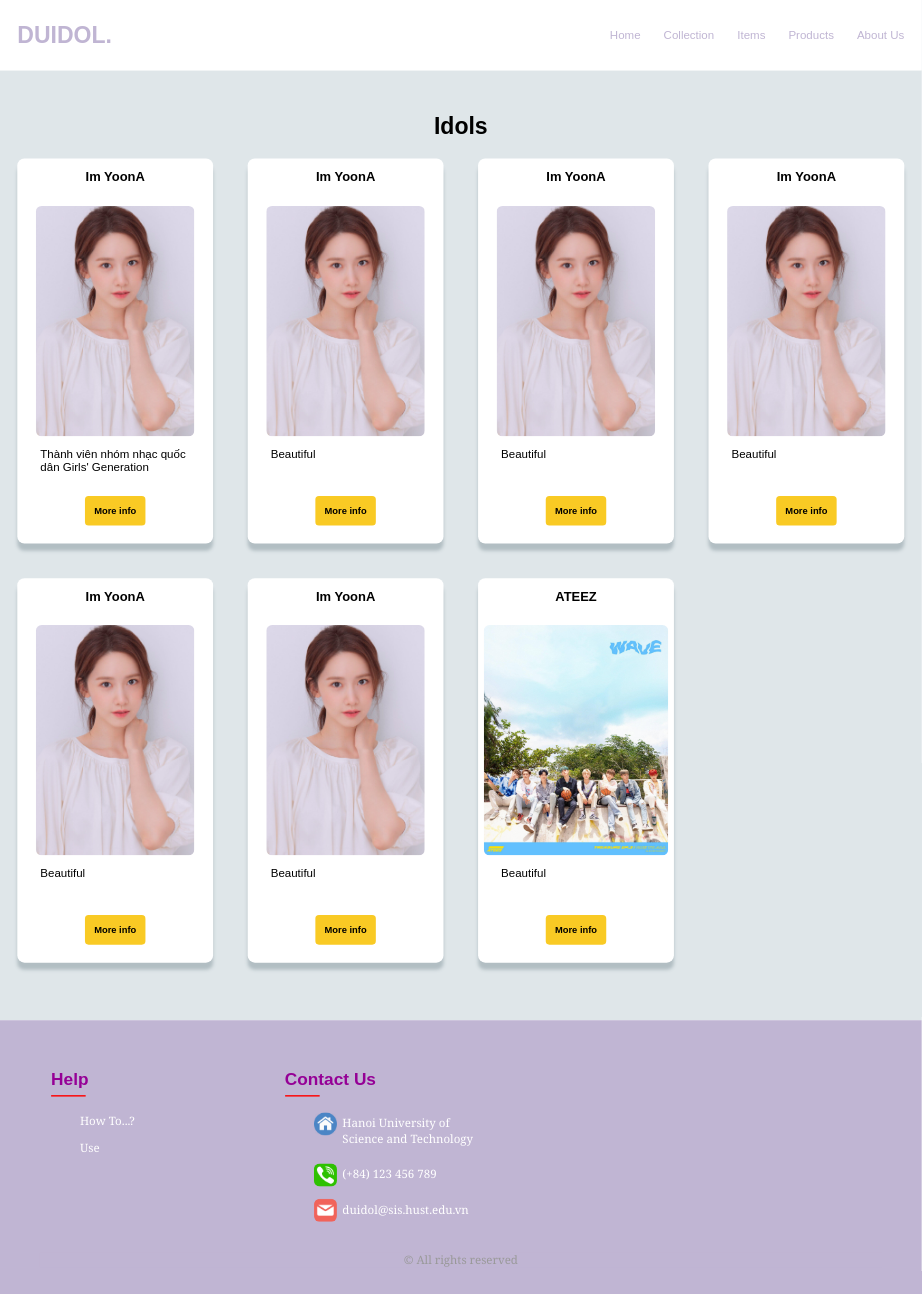
Repository: hangvtt183524/Cong_nghe_Web_va_dich_vu_truc_tuyen_20202
Page: ProjectWeb/src/View/html/idol_list.html
The author's editor kept a copy of each file at every save. The page is drawn from the files as they stood at one save, then again after the next save.
The browser window is 1280 px wide. The pictures show the whole page, at 72% of full size.

Above is the page before, as saved 2021-05-06 15:59:53.

After the next save:
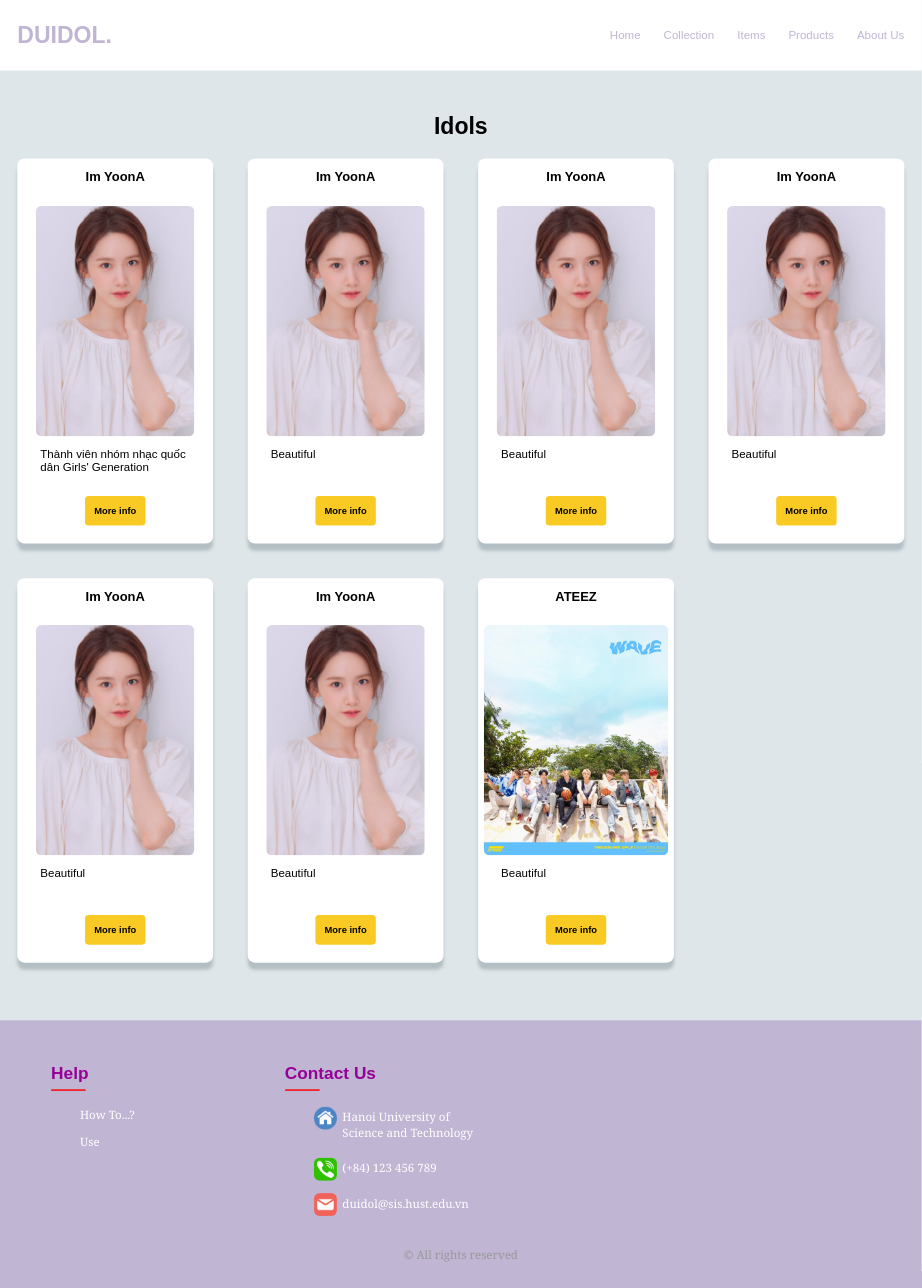
Saved 8 s later.
--- a/ProjectWeb/src/View/css/idol_list.css
+++ b/ProjectWeb/src/View/css/idol_list.css
@@ -109,7 +109,7 @@
 .footer-col {
 	width: 25%;
 	padding: 0 1em;
-	margin-top: 1em;
+	margin-top: 0.5em;
 }
 .footer-col h4 {
 	font-size: 1.5em;
